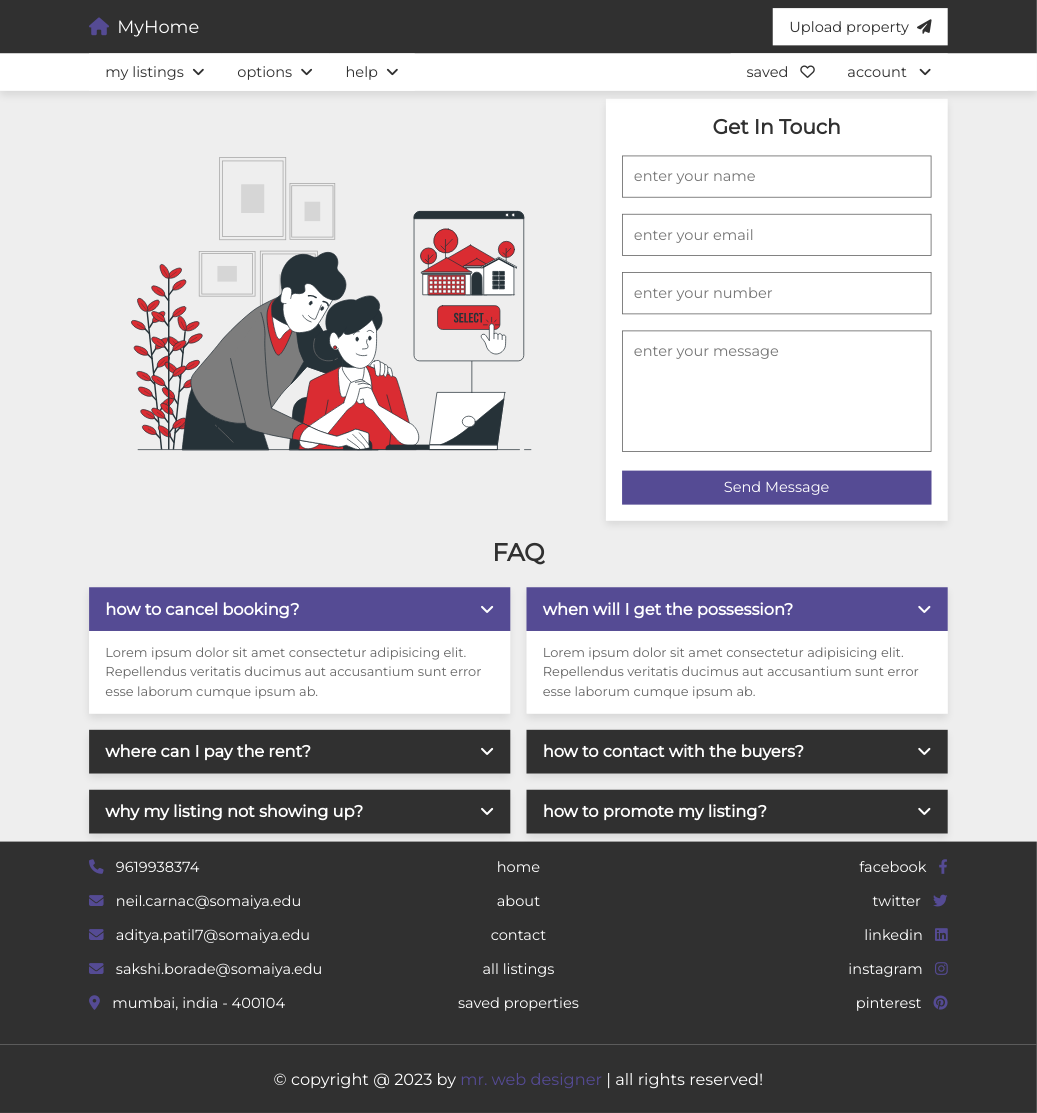
Repository: neilcarnac/wpl-project-realestatewebsite
Page: http://localhost/project/contact.php
These files come from the project's save history. The page is drawn as it stood at one moment and after a run of saves; the edit follows.
The browser window is 1280 px wide. The pictures show the whole page, at 81% of full size.
The page is run by PHP 8.4 with error messages shown; the project is at /var/www/html/.

Above is the page before, as saved 2023-04-29 16:33:09.

After the next 4 saves:
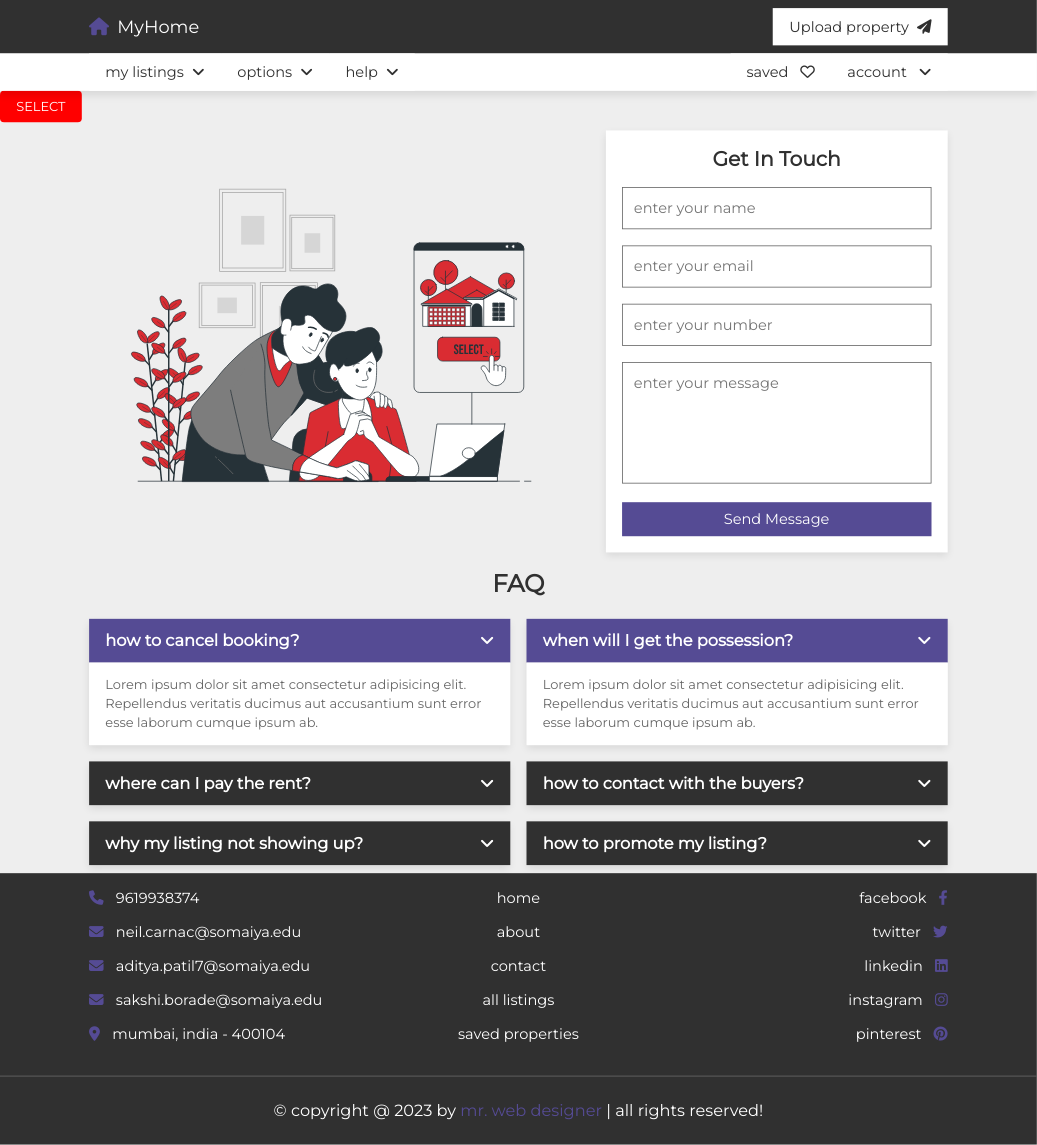
The 4 saves are shown as one change because they came seconds apart.
The last was saved 11 s later.
--- a/project/contact.php
+++ b/project/contact.php
@@ -54,7 +54,7 @@ if(isset($_POST['send'])){
 
 <?php include 'components/user_header.php'; ?>
 
-
+<div>
 <!-- contact section starts  -->
 <style>
 		button {
@@ -67,7 +67,7 @@ if(isset($_POST['send'])){
 			cursor: pointer;
 		}
 	</style>
-
+   <button>SELECT</button>
 
 <section class="contact">
    <div class="row">
